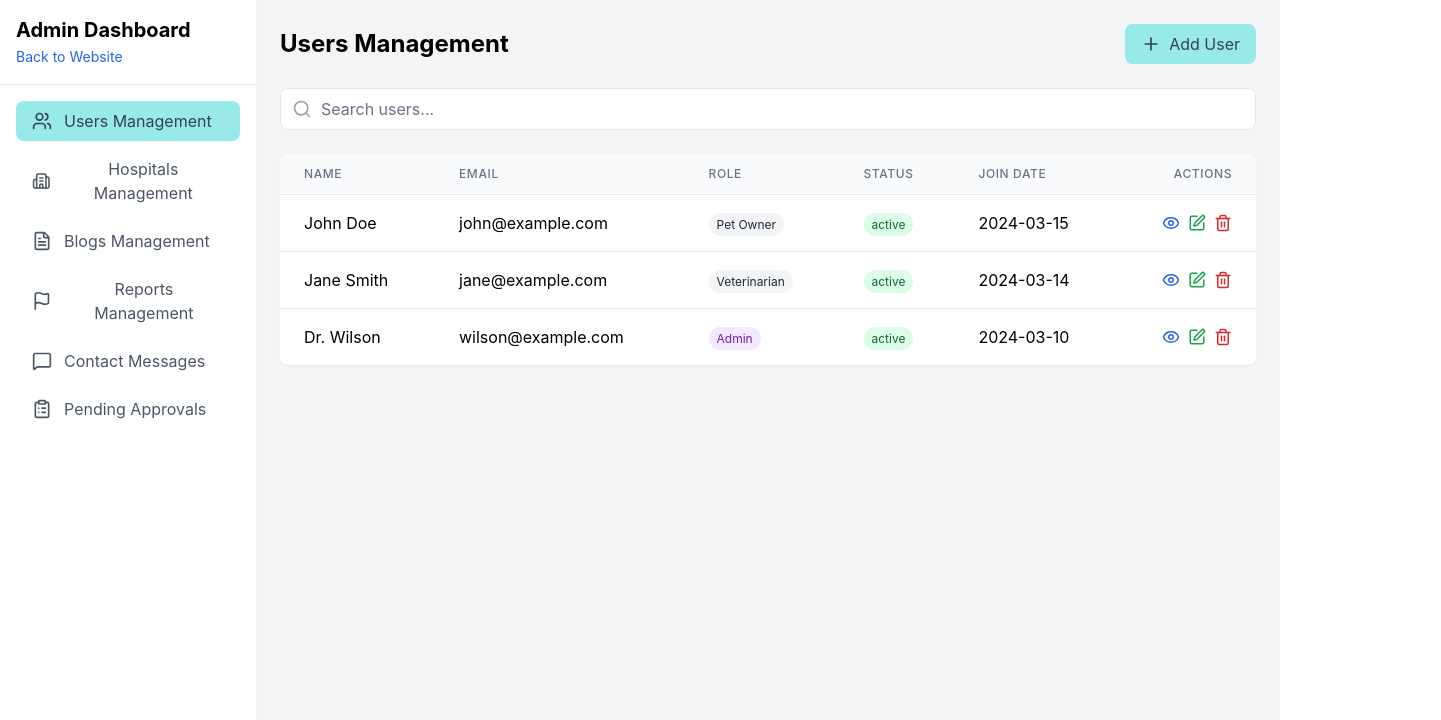
Repository: ZSayless/MyPetDoc
Page: /admin
These files come from the project's save history. The page is drawn as it stood at one moment and after the next save; the edit follows.
The browser window is 1280 px wide. The page is 1280 px wide, then 1441 px, so the pictures cover 1441 px, including what lies to the right of the window. The pictures show the whole page.
The project was rebuilt for these pictures with package versions that can differ from the ones it lists, and the page was loaded fresh each time. Also part of the build but not shown: vite.config.js, src/core/ButtonLink.js, src/components/register/SelectRoleModal.js, src/services/authService.js, src/components/register/Register.js, src/core/Overlay.js, src/components/login/Login.js, src/components/layout/Header.js and 40 more.

Above is the page before, as saved 2025-01-15 22:34:23.

After the next save:
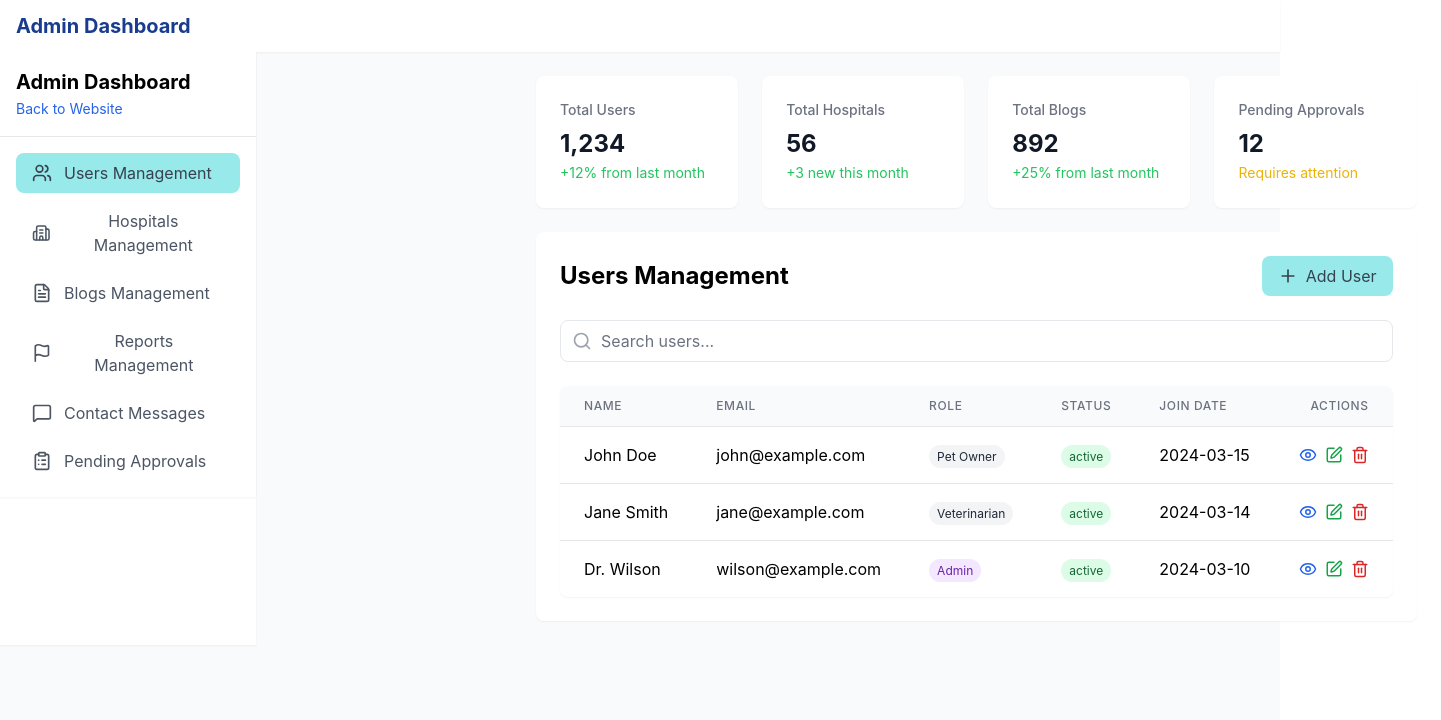
Saved 4 min 37 s later.
--- a/src/pages/admin/AdminDashboard.js
+++ b/src/pages/admin/AdminDashboard.js
@@ -6,9 +6,11 @@ import BlogsManagement from "./tabs/BlogsManagement";
 import ReportsManagement from "./tabs/ReportsManagement";
 import ContactMessages from "./tabs/ContactMessages";
 import PendingApprovals from "./tabs/PendingApprovals";
+import { Menu, X } from "lucide-react";
 
 function AdminDashboard() {
   const [activeTab, setActiveTab] = useState("users");
+  const [isSidebarOpen, setIsSidebarOpen] = useState(false);
 
   const renderTab = () => {
     switch (activeTab) {
@@ -30,9 +32,80 @@ function AdminDashboard() {
   };
 
   return (
-    <div className="flex h-screen bg-gray-100">
-      <AdminSidebar activeTab={activeTab} setActiveTab={setActiveTab} />
-      <main className="flex-1 overflow-auto">{renderTab()}</main>
+    <div className="min-h-screen bg-gray-50">
+      {/* Top Navigation */}
+      <div className="bg-white shadow-sm">
+        <div className="flex items-center justify-between px-4 py-3">
+          <div className="flex items-center gap-3">
+            <button
+              className="lg:hidden p-2 hover:bg-gray-100 rounded-lg"
+              onClick={() => setIsSidebarOpen(!isSidebarOpen)}
+            >
+              {isSidebarOpen ? <X size={24} /> : <Menu size={24} />}
+            </button>
+            <h1 className="text-xl font-bold text-[#1A3C8E]">Admin Dashboard</h1>
+          </div>
+        </div>
+      </div>
+
+      <div className="flex">
+        {/* Sidebar */}
+        <div
+          className={`fixed lg:static inset-y-0 left-0 z-40 w-64 bg-white shadow-sm transform transition-transform duration-200 ease-in-out ${
+            isSidebarOpen ? "translate-x-0" : "-translate-x-full lg:translate-x-0"
+          }`}
+        >
+          <AdminSidebar
+            activeTab={activeTab}
+            setActiveTab={(tab) => {
+              setActiveTab(tab);
+              setIsSidebarOpen(false);
+            }}
+          />
+        </div>
+
+        {/* Overlay */}
+        {isSidebarOpen && (
+          <div
+            className="fixed inset-0 bg-black/50 z-30 lg:hidden"
+            onClick={() => setIsSidebarOpen(false)}
+          />
+        )}
+
+        {/* Main Content */}
+        <div className="flex-1 p-6 lg:ml-64">
+          <div className="max-w-7xl mx-auto">
+            {/* Stats Cards */}
+            <div className="grid grid-cols-1 md:grid-cols-2 lg:grid-cols-4 gap-6 mb-6">
+              <div className="bg-white p-6 rounded-lg shadow-sm">
+                <h3 className="text-sm font-medium text-gray-500">Total Users</h3>
+                <p className="text-2xl font-bold text-gray-900 mt-2">1,234</p>
+                <span className="text-sm text-green-500">+12% from last month</span>
+              </div>
+              <div className="bg-white p-6 rounded-lg shadow-sm">
+                <h3 className="text-sm font-medium text-gray-500">Total Hospitals</h3>
+                <p className="text-2xl font-bold text-gray-900 mt-2">56</p>
+                <span className="text-sm text-green-500">+3 new this month</span>
+              </div>
+              <div className="bg-white p-6 rounded-lg shadow-sm">
+                <h3 className="text-sm font-medium text-gray-500">Total Blogs</h3>
+                <p className="text-2xl font-bold text-gray-900 mt-2">892</p>
+                <span className="text-sm text-green-500">+25% from last month</span>
+              </div>
+              <div className="bg-white p-6 rounded-lg shadow-sm">
+                <h3 className="text-sm font-medium text-gray-500">Pending Approvals</h3>
+                <p className="text-2xl font-bold text-gray-900 mt-2">12</p>
+                <span className="text-sm text-yellow-500">Requires attention</span>
+              </div>
+            </div>
+
+            {/* Main Content Area */}
+            <div className="bg-white rounded-lg shadow-sm">
+              {renderTab()}
+            </div>
+          </div>
+        </div>
+      </div>
     </div>
   );
 }
